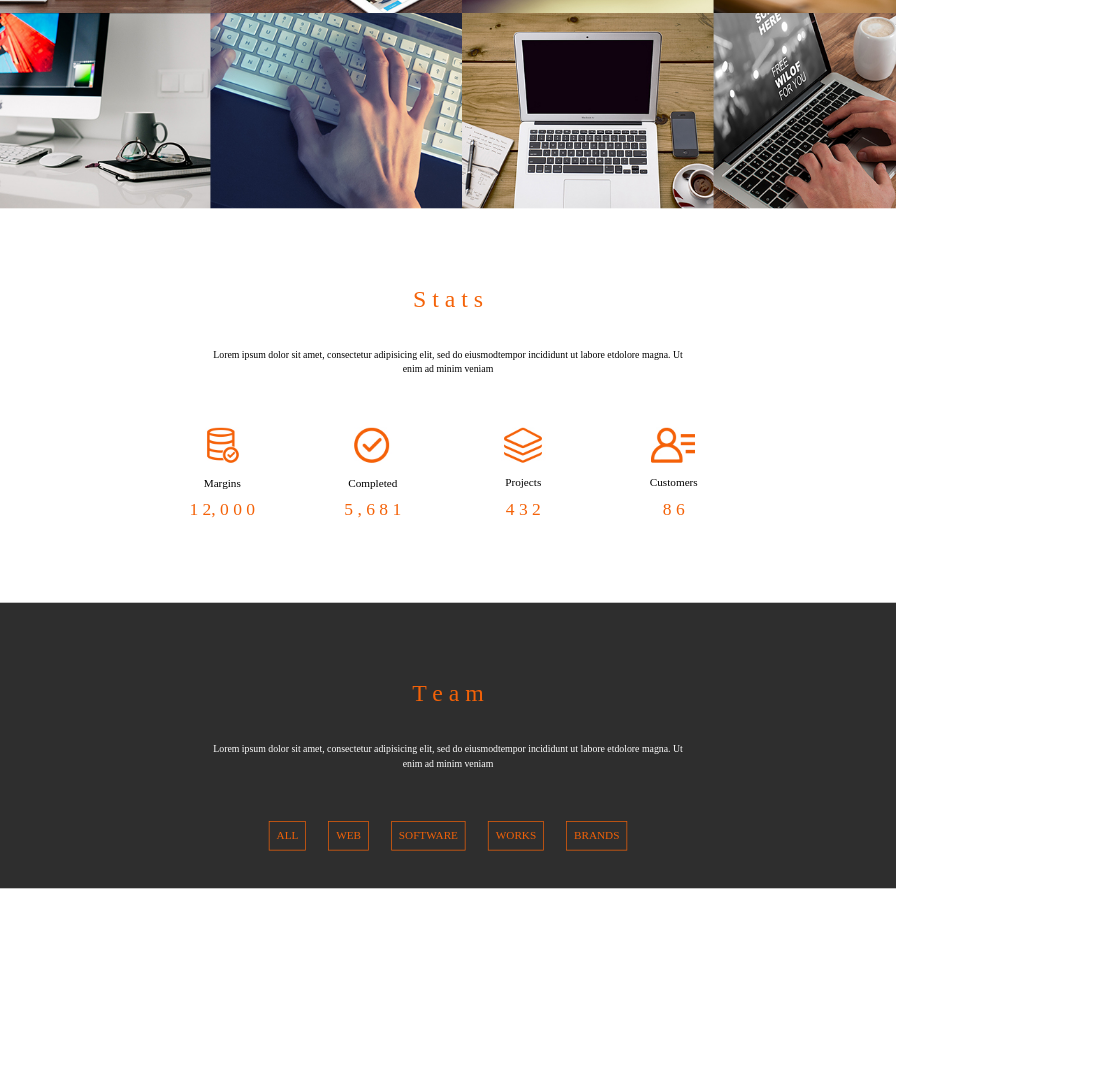
Repository: ScarApocalypse/study
Page: HTML5learning/HTML5作业/index.html
These files come from the project's save history. The page is drawn as it stood at one moment and after the next save; the edit follows.
The browser window is 1280 px wide. The page is 1600 px wide, so the pictures cover 1600 px, including what lies to the right of the window. The pictures show the part of the page from y = 1440 to 3000 px (the page is 3000 px tall), at 70% of full size.

Above is the page before, as saved 2019-03-20 21:03:03.

After the next save:
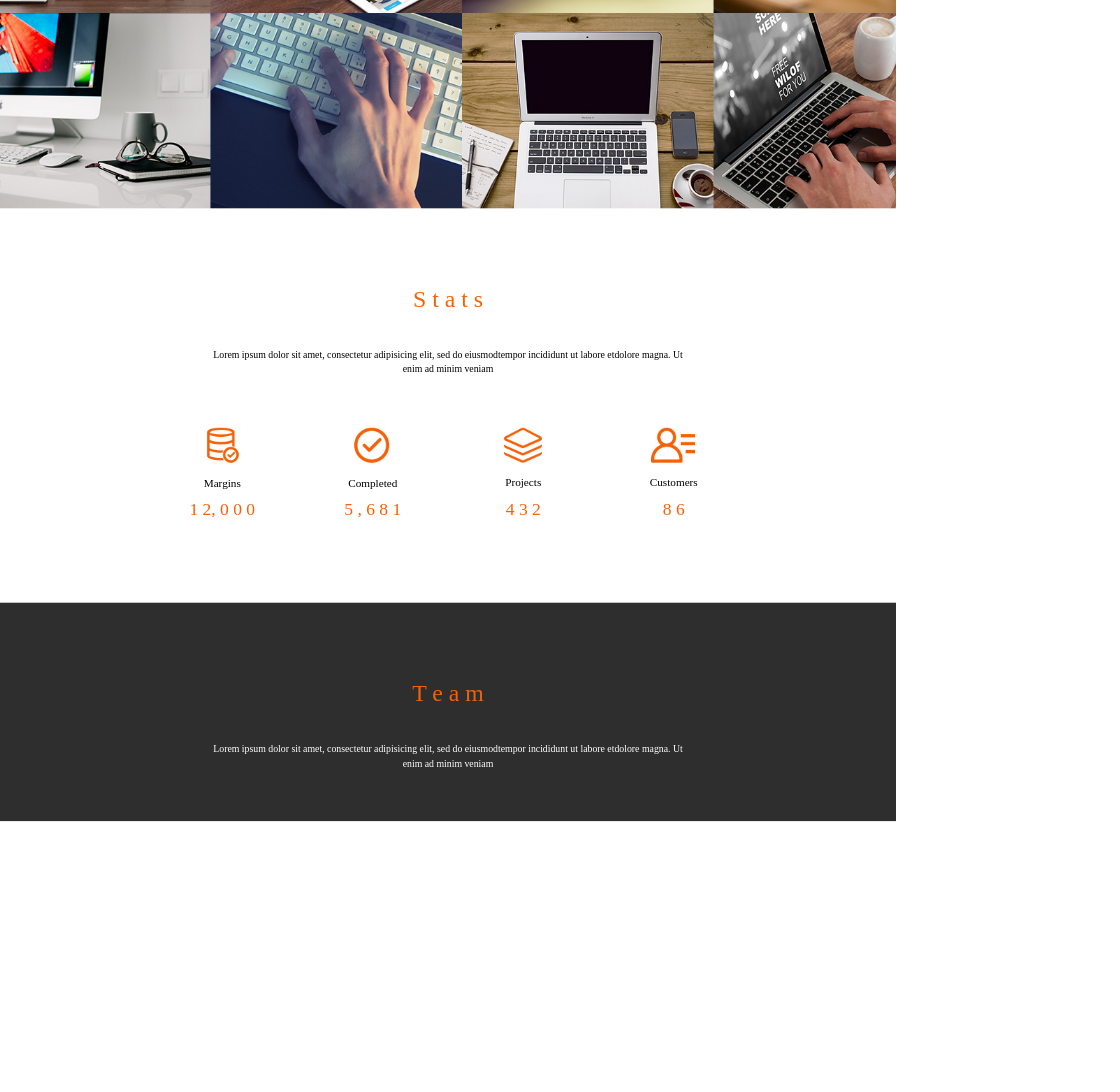
Saved 14 s later.
--- a/HTML5learning/HTML5作业/index.html
+++ b/HTML5learning/HTML5作业/index.html
@@ -92,13 +92,6 @@
                     </aside>
                     <article>
                         <p>Lorem ipsum dolor sit amet, consectetur adipisicing elit, sed do eiusmodtempor incididunt ut labore etdolore magna. Ut enim ad minim veniam</p>
-                        <ul class="keyWord clearfix">
-                            <li>ALL</li>
-                            <li>WEB</li>
-                            <li>SOFTWARE</li>
-                            <li>WORKS</li>
-                            <li>BRANDS</li>
-                        </ul>
                     </article>
            </div>
     </section>
